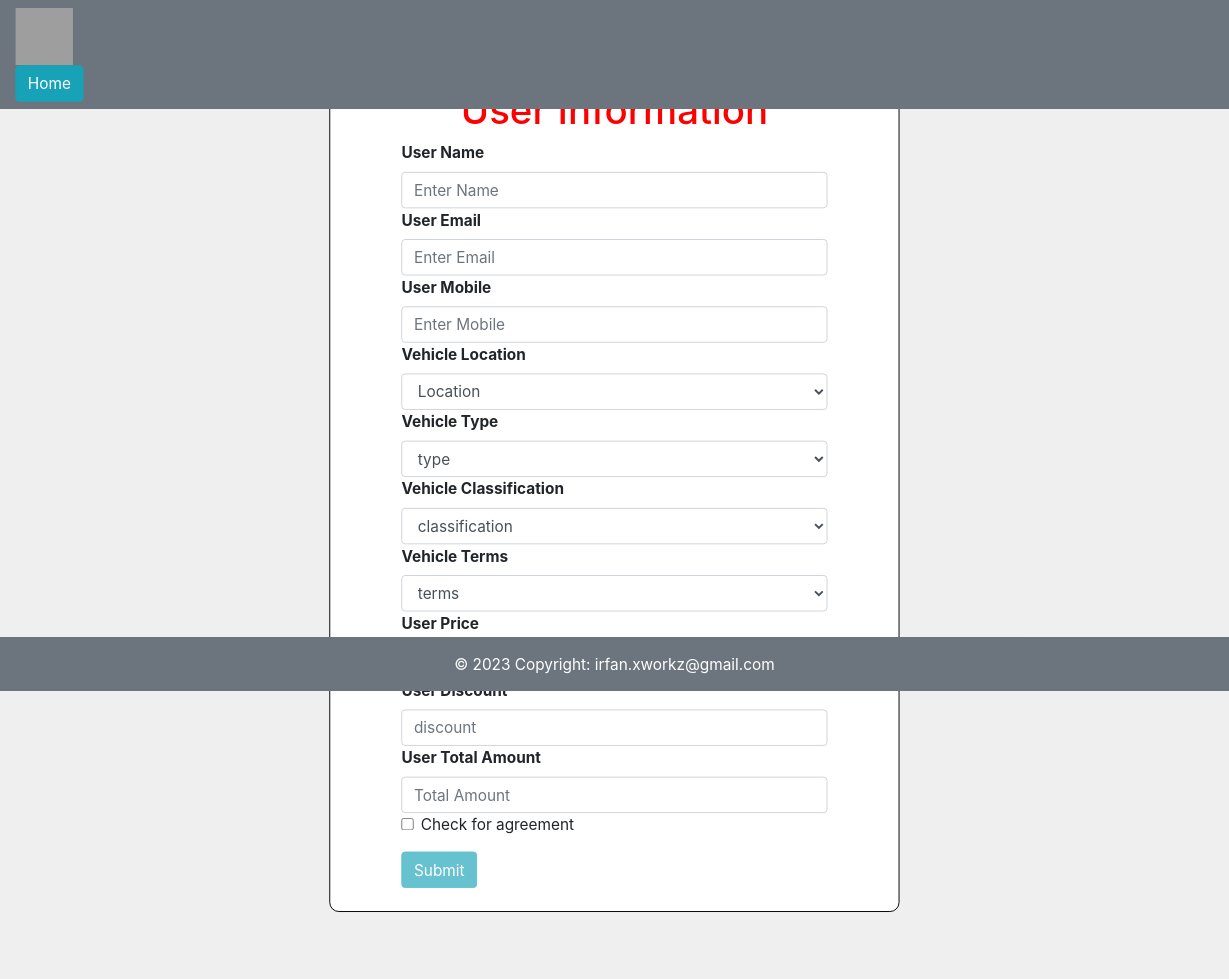
Repository: irfanxworkz/Project
Page: http://localhost/parking/UserInfo.jsp
These files come from the project's save history. The page is drawn as it stood at one moment and after the next save; the edit follows.
The browser window is 1280 px wide. The pictures show the whole page, at 96% of full size.
Pictures or frames that could not be fetched are drawn as grey boxes. The page is served by Tomcat 9. Other server files are loaded and not shown.

Above is the page before, as saved 2023-07-09 21:31:08.

### parking/src/main/webapp/UserInfo.jsp
<%@ page language="java" contentType="text/html; charset=UTF-8"
    pageEncoding="UTF-8"%>
<!DOCTYPE html >
<html>
<head>
<meta charset="UTF-8">
<title>User-Page</title>

<!-- Link of JQuery cdn -->
    <script src= "https://ajax.googleapis.com/ajax/libs/jquery/3.5.1/jquery.min.js"> </script>
<!-- Checkbox disable or enable -->
<script>
	$(document).ready(function () {
		  $('#myCheckbox').click(function () {
		    $('#myButton').prop("disabled", !$("#myCheckbox").prop("checked"));
		  })
		});

 	function validateFields() {
		var location=document.getElementById("location").value;
		var type=document.getElementById("type").value;
		var classification=document.getElementById("classification").value;
		var terms=document.getElementById("terms").value;

		if(location=="" || location==null && type=="" || type==null && classification=="" || classification==null && terms=="" || terms==null){
			document.getElementById('validate').innerHTML="please fill the form";
			return false;
		}else{
			document.getElementBy('validate').innerHTML="";
			return true;
		}
	}

 	function EmailAjax(){
 		console.log("EmailAjax logged-in");
 		var email=document.getElementById("email").value;
 		var url="http://localhost:8080/parking/validateEmail/"+email;
 		console.log(url);
 		const xmlHttp=new XMLHttpRequest();
 		xmlHttp.open("GET", url);
 		xmlHttp.send();
 		xmlHttp.onload=function(){
 			console.log(this.responseText);
 			document.getElementById('display').innerHTML=this.responseText;
 			document.getElementById('here').innerHTML="here";
 		}
 	}

 	function ajaxWithObj() {
 		console.log("ajaxWithObj logged-in")
 		var location=document.getElementById("location").value;
 		var type=document.getElementById("type").value;
 		var classification=document.getElementById("classification").value;
 		var terms=document.getElementById("terms").value;
 		var url="http://localhost:8080/parking/getPriceAndDiscount/"+location+"/"+type+"/"+classification+"/"+terms
 		console.log(url);
 		const xmlHttp=new XMLHttpRequest();
 		xmlHttp.open("GET", url);
 		xmlHttp.send();
 		xmlHttp.onload=function(){
 			document.getElementById("display").innerHTML = this.responseText;
 			console.log(this.responseText);
 			var obj=JSON.parse(this.responseText);
 			console.log(obj.price);
 			console.log(obj.discount);
 			document.getElementById("price").value=obj.price;
 			document.getElementById("discount").value=obj.discount;
 			var totalAmount=obj.price-((obj.price*obj.discount)/100);
 			console.log(totalAmount);
 			document.getElementById("totalAmount").value = totalAmount;
 		}
	}
 </script>
<!-- Link of Bootstrap cdn -->
<link rel="stylesheet"
	href="https://cdn.jsdelivr.net/npm/bootstrap@4.4.1/dist/css/bootstrap.min.css">
	<link rel="stylesheet" href="Parking.css">
</head>
<header>
	<div class="fixed-header">
		<nav class="navbar navbar-dark bg-secondary justify-content-between">
			<img src="https://w7.pngwing.com/pngs/974/17/png-transparent-car-park-parking-computer-icons-parking-text-rectangle-logo-thumbnail.png" alt="" width="60" height="60">
		    <a href="Home.jsp" class="btn btn-info" type="button" style="margin-right: 1150px;">Home</a>
		</nav>
	</div>
</header>
<body>

<div class="container">
	<form action="user" method="post" onsubmit="return validateFields()" style="background-color: white; margin-top: 10px;margin-bottom: 10px; margin-left: 200px; margin-right: 200px; border: 1px solid black; border-radius: 10px;">

	 	<span style="color: red;" id="display"></span><a id="here" href="UserLogin.jsp"></a>

		<h1 style="color: red; text-align: center;" >User Information</h1>
		<div class="container">
			<label for="name"><b>User Name</b></label>
			<input type="text" name="name" placeholder="Enter Name" class="form-control" required="required">
			<label for="email"><b>User Email</b></label>
			<input type="email" name="email" placeholder="Enter Email" class="form-control" onchange="EmailAjax()" id="email" required="required">
			<label for="mobile"><b>User Mobile</b></label>
			<input type="number" name="mobile" placeholder="Enter Mobile" class="form-control" required="required" >
			<label for="location"><b>Vehicle Location</b></label>
					<select name="location" class="form-control" id="location">
					<option value="">Location</option>
					<option value="Rajaji-Nagar">Rajaji-Nagar</option>
					<option value="kurubarahalli">Kurubarahalli</option>
					<option value="btm">BTM</option>
					</select>
			<label for="type"><b>Vehicle Type</b></label>
					<select name="type" class="form-control" id="type">
					<option value="">type</option>
					<option value="2 wheeler">2-Wheeler</option>
					<option value="4 wheeler">4-wheeler</option>
					</select>
			<label for="classification"><b>Vehicle Classification</b></label>
					<select name="classification" class="form-control" id="classification">
					<option value="">classification</option>
					<option value="bmw">BMW</option>
					<option value="dastun">Dastun</option>
					<option value="benz">Benz</option>
					<option value="bike">Bike</option>
					</select>
			<label for="terms"><b>Vehicle Terms</b></label>
					<select name="terms" class="form-control" onchange="ajaxWithObj()" id="terms">
					<option value="">terms</option>
					<option value="1-day">1-Day</option>
					<option value="7-day">7-Days</option>
					<option value="15-day">15-Days</option>
					<option value="30-day">30-Days</option>
					<option value="90-day">90-Days</option>
					<option value="180-day">180-Days</option>
					<option value="365-day">365-Days</option>
					</select>
			<label for="price"><b> User Price</b></label>
					<input type="text" name="price" class="form-control" placeholder="price" id="price">
			<label for="discount"><b>User Discount</b></label>
					<input type="text" name="discount" class="form-control" placeholder="discount" id="discount">
			<label for="totalAmount"><b>User Total Amount</b></label>
					<input type="text" name="totalAmount" class="form-control" placeholder="Total Amount" id="totalAmount">
			<div class="form-group form-check">
			    <input type="checkbox" class="form-check-input" id="myCheckbox">
			    <label class="form-check-label" for="myCheckbox">Check for agreement</label>
		 	</div>
	 			 <input type="submit" value="Submit" class="btn btn-info" id="myButton" disabled><br><br>
		</div>
	</form>
</div>
</body>
<div class="fixed-footer">
<footer class="bg-secondary text-white">
    <div class="text-center p-3" style="background-color: secondary;">
      © 2023 Copyright:
      <a class="text-white" href="https://irfan.xworkz@gmail.com/">irfan.xworkz@gmail.com</a>
    </div>
</footer>
</div>
</html>

### parking/src/main/webapp/Parking.css
@charset "UTF-8";



 /* Add some padding on document's body to prevent the content
    to go underneath the header and footer */
 	body{
        padding-top: 80px;
        padding-bottom: 60px;
        background-color: buttonface;
    }
    .container{
        width: 80%;
        margin: 0 auto; /* Center the DIV horizontally */
    }
    .fixed-header, .fixed-footer{
        width: 100%;
        position: fixed;

    }
    .fixed-header{
        top: 0;
    }
    .fixed-footer{
        bottom: 0;
    }


 /* using for table and body*/
 #customers {
  font-family: Arial, Helvetica, sans-serif;
  border-collapse: collapse;
  width: 100%;
}

#customers td, #customers th {
  border: 1px solid #ddd;
  padding: 8px;
}

#customers tr:nth-child(even){background-color: #f2f2f2;}

#customers tr:hover {background-color: #ddd;}

#customers th {
  padding-top: 12px;
  padding-bottom: 12px;
  text-align: left;
  background-color: #04AA6D;
  color: white;
}

After the next save:
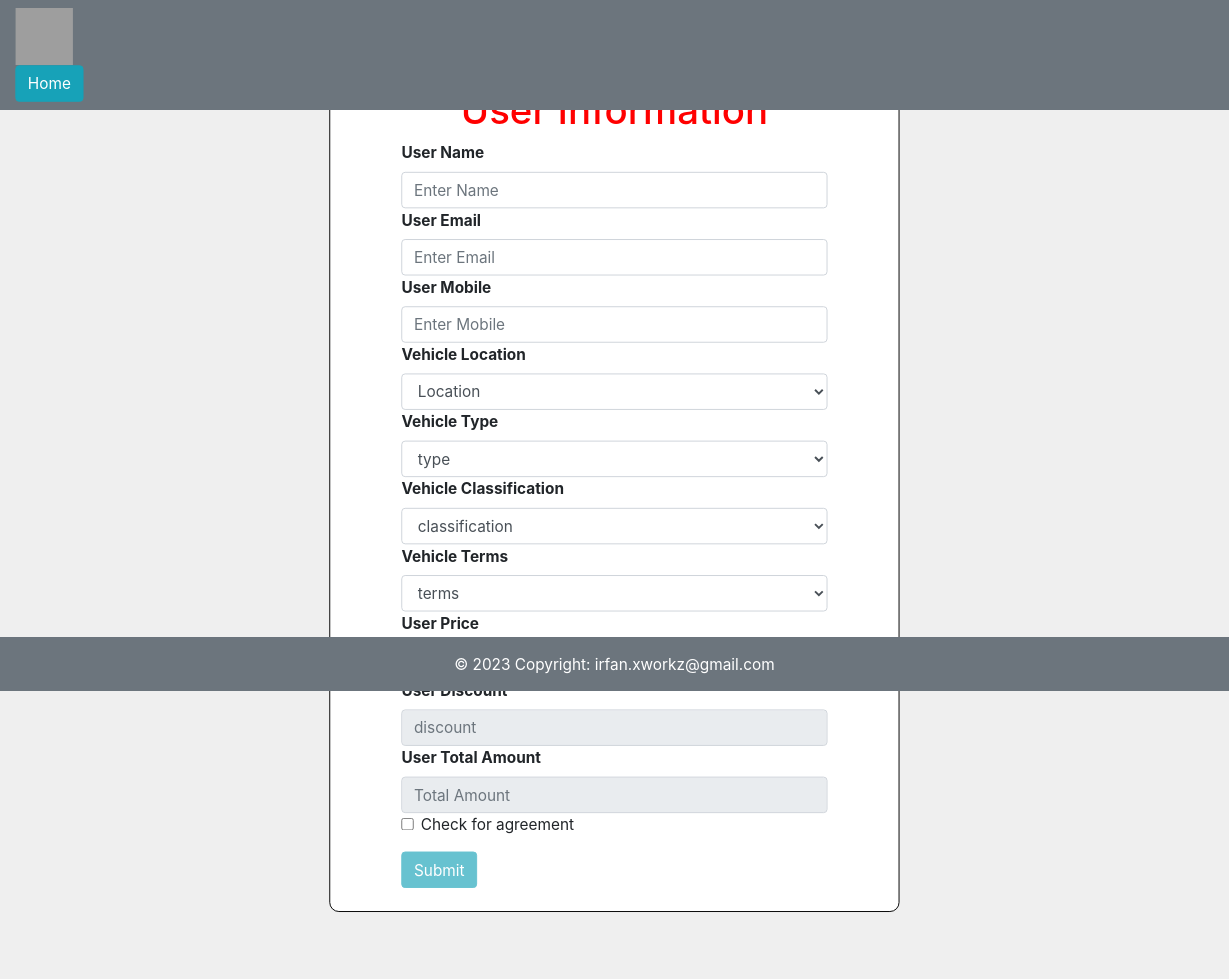
Saved 25 s later.
--- a/parking/src/main/webapp/UserInfo.jsp
+++ b/parking/src/main/webapp/UserInfo.jsp
@@ -132,11 +132,11 @@
 					<option value="365-day">365-Days</option>
 					</select>
 			<label for="price"><b> User Price</b></label>
-					<input type="text" name="price" class="form-control" placeholder="price" id="price">
+					<input type="text" name="price" class="form-control" placeholder="price" id="price" readonly="readonly">
 			<label for="discount"><b>User Discount</b></label>
-					<input type="text" name="discount" class="form-control" placeholder="discount" id="discount">
+					<input type="text" name="discount" class="form-control" placeholder="discount" id="discount" readonly="readonly">
 			<label for="totalAmount"><b>User Total Amount</b></label>
-					<input type="text" name="totalAmount" class="form-control" placeholder="Total Amount" id="totalAmount">
+					<input type="text" name="totalAmount" class="form-control" placeholder="Total Amount" id="totalAmount" readonly="readonly">
 			<div class="form-group form-check">
 			    <input type="checkbox" class="form-check-input" id="myCheckbox">
 			    <label class="form-check-label" for="myCheckbox">Check for agreement</label>
